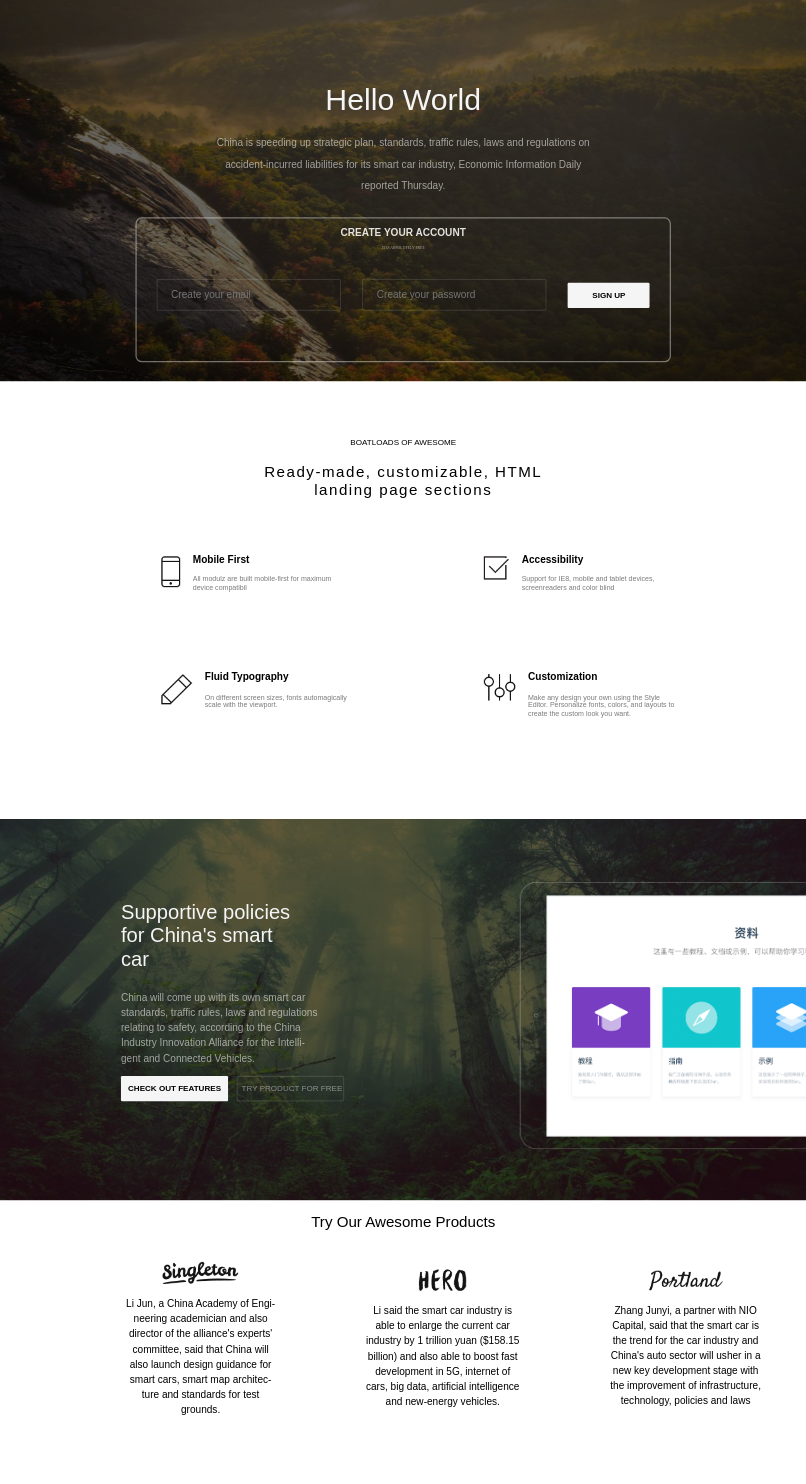
Repository: sogeisetsu/suy-ife
Page: 009-011/index.html
These files come from the project's save history. The page is drawn as it stood at one moment and after the next save; the edit follows.
The browser window is 1280 px wide. The pictures show the whole page, at 63% of full size.

Above is the page before, as saved 2019-10-12 01:33:52.

After the next save:
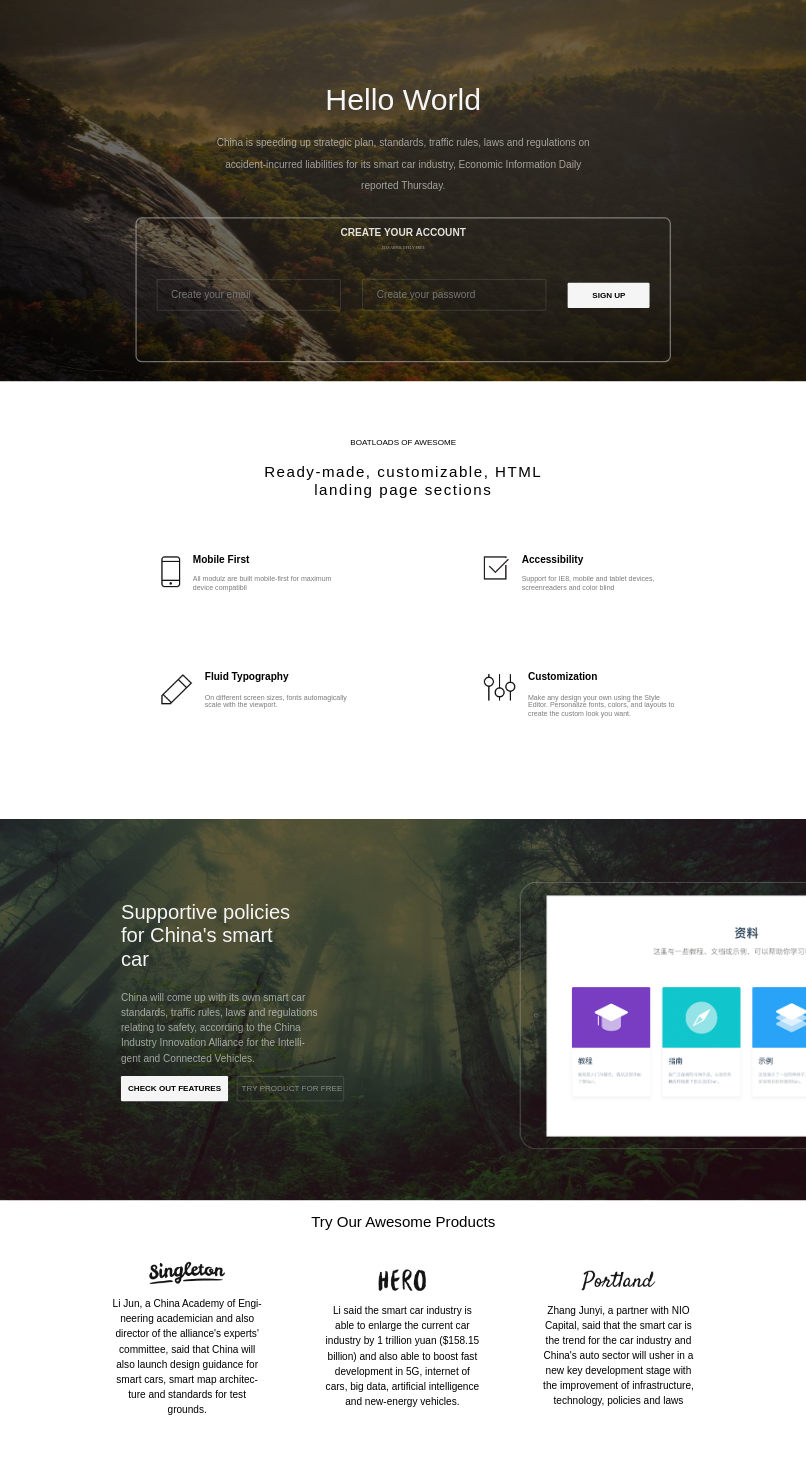
Saved 30 s later.
--- a/009-011/index.css
+++ b/009-011/index.css
@@ -206,6 +206,7 @@ input{
     justify-content: space-around;
     margin-top: 50px;
     margin-left: 10%;
+    margin-right: 10%;
 }
 .portlaned p,.singleton p,.hero p{
     font-weight: 300;
